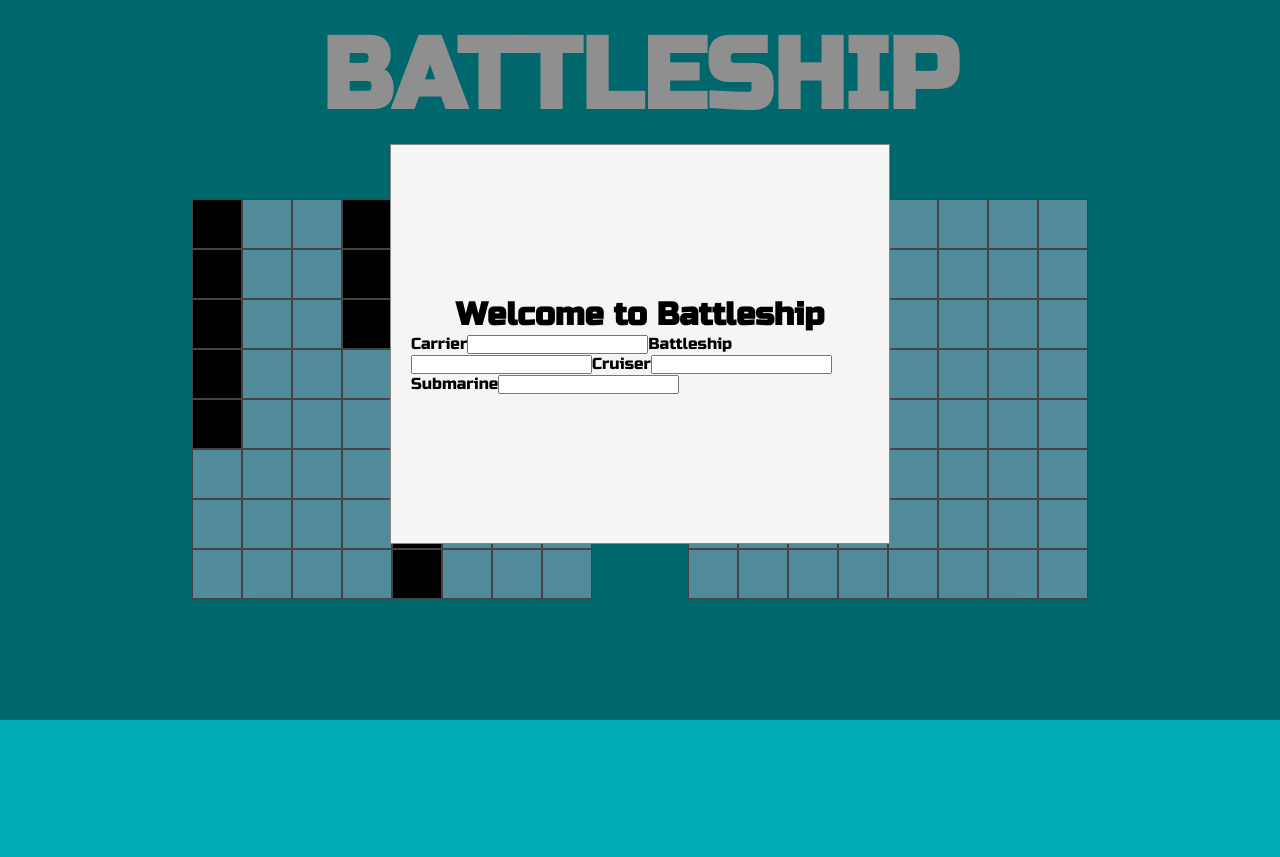
Repository: AzharMoosa/battleship
Page: /
These files come from the project's save history. The page is drawn as it stood at one moment and after the next save; the edit follows.
The browser window is 1280 px wide. The pictures show the whole page.
The project was rebuilt for these pictures with package versions that can differ from the ones it lists, and the page was loaded fresh each time.

Above is the page before, as saved 2020-07-09 10:07:41.

### src/App.js
import React from "react";
import Header from "./components/Header";
import Board from "./components/Board";
import { PlayersProvider } from "./context/PlayersContext";
import "./App.css";

function App() {
  return (
    <PlayersProvider>
      <div>
        <Header />
        <Board />
      </div>
    </PlayersProvider>
  );
}

export default App;

### src/components/Header.js
import React from "react";

const Header = () => {
  return (
    <div className='header'>
      <h1>Battleship</h1>
    </div>
  );
};

export default Header;

### src/components/Board.js
import React, { useState, Fragment } from "react";
import Square from "./Square";
import PlainSquare from "./PlainSquare";
import Player from "../functions/Player";
import Gameboard from "../functions/Gameboard";
import Overlay from "./Overlay";
import HitMiss from "./HitMiss";
import PlaceShip from "./PlaceShip";
import { v4 as uuidv4 } from "uuid";

const Board = () => {
  // eslint-disable-next-line
  const [player, setPlayer] = useState(Player(false));
  // eslint-disable-next-line
  const [computer, setComputer] = useState(Player(true));
  const [playerBoard, setPlayerBoard] = useState(Gameboard());
  const [computerBoard, setComputerBoard] = useState(Gameboard());
  const [playerTurn, setPlayerTurn] = useState(true);

  const getOutcome = (hit) => {
    let outcome = document.querySelector(".hit-miss-outcome");
    if (hit === true) {
      outcome.innerHTML = "Hit!";
    } else {
      outcome.innerHTML = "Miss!";
    }
  };

  const startGame = () => {
    playerBoard.placeShip(0, 0, player.ships[0], 1);
    playerBoard.placeShip(4, 4, player.ships[1], 1);
    playerBoard.placeShip(3, 0, player.ships[2], 1);
    playerBoard.placeShip(5, 0, player.ships[3], 1);
    playerBoard.placeShip(7, 0, player.ships[4], 1);

    computerBoard.placeShip(0, 0, computer.ships[0], 0);
    computerBoard.placeShip(4, 2, computer.ships[1], 0);
    computerBoard.placeShip(0, 3, computer.ships[2], 0);
    computerBoard.placeShip(3, 5, computer.ships[3], 0);
    computerBoard.placeShip(0, 7, computer.ships[4], 0);
  };

  const getBoardElm = (elm) => {
    if (elm !== "") {
      return "square ship";
    } else {
      return "square";
    }
  };

  const displayModal = (name) => {
    let modal = document.querySelector(".modal");
    let title = document.querySelector(".winner-name");
    let overlay = document.querySelector(".overlay");
    modal.style.display = "block";
    overlay.style.display = "none";
    if (name === "Computer") {
      title.innerHTML = "Computer Wins";
    } else if (name === "Player") {
      title.innerHTML = "Player Wins";
    }
  };

  const resetGame = () => {
    setPlayer(Player(false));
    setComputer(Player(true));
    setPlayerBoard(Gameboard());
    setComputerBoard(Gameboard());
    setPlayerTurn(true);
    let modal = document.querySelector(".modal");
    let overlay = document.querySelector(".overlay");
    let outcome = document.querySelector(".hit-miss-outcome");
    modal.style.display = "none";
    overlay.style.display = "grid";
    outcome.innerHTML = "";
  };

  const gameOver = () => {
    if (playerBoard.allShipSunk(player.ships)) {
      displayModal("Computer");
    } else if (computerBoard.allShipSunk(computer.ships)) {
      displayModal("Player");
    }
  };

  const attackComputer = (e) => {
    if (playerTurn === true) {
      let updatedBoard = computerBoard;
      // Get Coord
      let coords = e.target.id.split(",");
      let x = coords[1];
      let y = coords[0];
      player.attackEnemy(updatedBoard, parseInt(x), parseInt(y));
      if (computerBoard.grid[x][y] === "") {
        e.target.classList.add("ship-miss");
        getOutcome(false);
      } else {
        e.target.classList.add("ship-hit");
        getOutcome(true);
      }
      setComputerBoard(updatedBoard);
      setPlayerTurn(false);
    }
    computerTurn();
  };

  const computerTurn = () => {
    if (playerTurn === true) {
      let updatedBoard = playerBoard;
      let randomCoords = computer.getRandomCoords();
      let square = document.getElementById(randomCoords);
      let coords = randomCoords.split(",");
      let x = coords[1];
      let y = coords[0];
      computer.computerAttack(updatedBoard, x, y);
      if (playerBoard.grid[x][y] === "") {
        square.classList.add("ship-miss");
      } else {
        square.classList.add("ship-hit");
      }
      gameOver();
      setPlayerBoard(updatedBoard);
      setPlayerTurn(true);
    }
  };

  return (
    <Fragment>
      <PlaceShip />
      <div className='container'>
        <HitMiss />
        <div className='game-boards'>
          {startGame()}
          <div className='game-board'>
            {playerBoard.grid.map((col, j) =>
              col.map((elm, i) => (
                <Square
                  key={uuidv4()}
                  elm={elm}
                  getBoardElm={getBoardElm}
                  id={`${i},${j}`}
                />
              ))
            )}
          </div>

          <div className='comp'>
            <div className='game-board comp-board'>
              {computerBoard.grid.map((col, j) =>
                col.map((elm, i) => (
                  <Square
                    key={uuidv4()}
                    elm={elm}
                    getBoardElm={getBoardElm}
                    attackComputer={attackComputer}
                    id={`${i},${j}`}
                  />
                ))
              )}
            </div>
            <div className='overlay game-board'>
              {computerBoard.grid.map((col, j) =>
                col.map((elm, i) => <PlainSquare key={uuidv4()} />)
              )}
            </div>
          </div>
        </div>
        <Overlay resetGame={resetGame} />
      </div>
    </Fragment>
  );
};

export default Board;

### src/context/PlayersContext.js
import React, { useState, createContext } from "react";
import Player from "../functions/Player";
import Gameboard from "../functions/Gameboard";

export const PlayersContext = createContext();

export const PlayersProvider = (props) => {
  const [players, usePlayers] = useState([
    // Player
    {
      player: Player(false),
      board: Gameboard(),
    },
    // Computer
    {
      player: Player(true),
      board: Gameboard(),
    },
  ]);

  return (
    <PlayersContext.Provider value={[players, usePlayers]}>
      {props.children}
    </PlayersContext.Provider>
  );
};

### src/App.css
@import url("https://fonts.googleapis.com/css2?family=Russo+One&display=swap");

:root {
  --bg-primary: #00adb5;
  --bg-light: #eeeeee;
  --bg-dark: #222831;
}

* {
  margin: 0;
  padding: 0;
  box-sizing: border-box;
}

body {
  font-family: "Russo One", sans-serif;
  background-color: var(--bg-primary);
}

.header {
  text-align: center;
}

.header h1 {
  color: var(--bg-light);
  font-size: 100px;
  text-transform: uppercase;
  margin-top: 1rem;
}

.game-boards {
  display: flex;
  align-items: center;
  justify-content: space-between;
  width: 70%;
  height: 55vh;
  margin: 3rem auto;
}

.game-board {
  display: grid;
  grid-template-columns: repeat(8, 1fr);
  width: 400px;
  height: 400px;
}

.square {
  border: 1px solid #707070;
  background-color: rgb(136, 231, 255);
  width: 50px;
  height: 50px;
  pointer-events: auto !important;
  cursor: pointer;
}

.plain-square {
  border: 1px solid #707070;
  background-color: rgb(136, 231, 255);
  width: 50px;
  height: 50px;
  pointer-events: none !important;
  cursor: pointer;
}

.ship {
  background-color: #000;
}

.ship-hit {
  background-color: rgb(255, 77, 77) !important;
  pointer-events: none !important;
}

.ship-miss {
  background-color: #fff !important;
  pointer-events: none !important;
}

.comp {
  display: grid;
}

.comp-board,
.overlay {
  grid-area: 1 / 1;
}

.container {
  display: flex;
  flex-direction: column;
  height: 100vh;
}

.overlay {
  pointer-events: none;
}

.start {
  /* display: none; */
  position: fixed;
  z-index: 1;
  left: 0;
  top: 0;
  width: 100%;
  height: 100%;
  background-color: rgb(0, 0, 0);
  background-color: rgba(0, 0, 0, 0.4);
}

.start-content {
  background-color: #f5f5f5;
  margin: 20vh auto;
  padding: 20px;
  border: 1px solid #888;
  width: 500px;
  height: 400px;
  display: flex;
  flex-direction: column;
  align-items: center;
  justify-content: center;
}

.modal {
  display: none;
  position: fixed;
  z-index: 1;
  left: 0;
  top: 0;
  width: 100%;
  height: 100%;
  background-color: rgb(0, 0, 0);
  background-color: rgba(0, 0, 0, 0.4);
}

.modal-content-results {
  background-color: #f5f5f5;
  margin: 30vh auto;
  padding: 20px;
  border: 1px solid #888;
  width: 400px;
  height: 200px;
  display: flex;
  flex-direction: column;
  align-items: center;
  justify-content: center;
}

.winner-name {
  text-align: center;
  margin-bottom: 2rem;
  font-size: 40px;
}

.btn-primary {
  background-color: var(--bg-dark);
  color: #fff;
  width: 150px;
  height: 50px;
  font-size: 20px;
  border: none;
  outline: none;
  font-family: "Russo One", sans-serif;
  border-radius: 20px;
  cursor: pointer;
}

.hit-miss {
  display: flex;
  align-items: center;
  justify-content: center;
  margin-top: 1rem;
}

.hit-miss-outcome {
  color: #fff;
  font-size: 50px;
}

@media (min-width: 1700px) {
  .game-boards {
    height: 70vh;
    width: 80%;
  }

  .game-board {
    width: 650px;
    height: 650px;
  }

  .square,
  .plain-square {
    width: 81.25px;
    height: 81.25px;
  }
}

@media (max-width: 1200px) {
  .game-boards {
    height: 70vh;
    width: 80%;
    display: flex;
    flex-direction: column;
  }

  .game-board {
    width: 500px;
    height: 500px;
  }

  .comp {
    margin-top: 3rem;
  }

  .square,
  .plain-square {
    width: 62.5px;
    height: 62.5px;
  }
}

@media (max-width: 768px) {
  .header h1 {
    font-size: 60px;
  }

  .game-boards {
    width: 80%;
    display: flex;
    flex-direction: column;
  }

  .game-board {
    width: 400px;
    height: 400px;
  }

  .comp {
    margin-top: 3rem;
  }

  .square,
  .plain-square {
    width: 50px;
    height: 50px;
  }
}

@media (max-width: 414px) {
  .header h1 {
    font-size: 40px;
  }

  .game-boards {
    width: 70%;
    display: flex;
    flex-direction: column;
  }

  .game-board {
    width: 300px;
    height: 300px;
  }

  .comp {
    margin-top: 3rem;
  }

  .square,
  .plain-square {
    width: 37.5px;
    height: 37.5px;
  }

  .modal-content-results {
    width: 300px;
  }

  .winner-name {
    font-size: 35px;
  }

  .btn-primary {
    background-color: var(--bg-dark);
    color: #fff;
    width: 150px;
    height: 50px;
    font-size: 20px;
    border: none;
    outline: none;
    font-family: "Russo One", sans-serif;
    border-radius: 20px;
    cursor: pointer;
  }
}

@media (max-width: 375px) {
  .header h1 {
    font-size: 35px;
  }

  .game-boards {
    width: 70%;
    display: flex;
    flex-direction: column;
  }

  .game-board {
    width: 280px;
    height: 280px;
  }

  .comp {
    margin-top: 3rem;
  }

  .square,
  .plain-square {
    width: 35px;
    height: 35px;
  }
}

@media (max-width: 320px) {
  .modal-content-results {
    width: 250px;
  }

  .winner-name {
    font-size: 30px;
  }
}

### src/components/Square.js
import React from "react";

const Square = ({ elm, attackComputer, getBoardElm, id }) => {
  return (
    <div className={getBoardElm(elm)} id={id} onClick={attackComputer}></div>
  );
};

export default Square;

### src/components/PlainSquare.js
import React from "react";

const PlainSquare = () => {
  return <div className='plain-square'></div>;
};

export default PlainSquare;

### src/functions/Player.js
import Ship from "./Ship";

const Player = (ai) => {
  let previousShots = [];

  // Create Ships
  let carrier = Ship("Carrier", 5);
  let battleship = Ship("Battleship", 4);
  let cruiser = Ship("Cruiser", 3);
  let submarine = Ship("Submarine", 3);
  let destroyer = Ship("Destroyer", 2);
  let ships = [carrier, battleship, cruiser, submarine, destroyer];

  const attackEnemy = (enemyBoard, x, y) => {
    if (!previousShots.includes([x, y])) {
      enemyBoard.receiveAttack(x, y);
      previousShots.push([parseInt(x), parseInt(y)]);
      return true;
    }
    return false;
  };

  const checkCoord = (x, y) => {
    previousShots.forEach((coords) => {
      if (
        parseInt(coords[1]) === parseInt(x) &&
        parseInt(coords[0]) === parseInt(y)
      ) {
        return true;
      }
    });
    return false;
  };

  const getRandomCoords = (gameboard) => {
    let maximum = 7;
    let minimum = 0;
    let x = 0;
    let y = 0;

    do {
      x = Math.floor(Math.random() * (maximum - minimum + 1)) + minimum;
      y = Math.floor(Math.random() * (maximum - minimum + 1)) + minimum;
    } while (checkCoord(x, y));
    return `${x},${y}`;
  };

  const computerAttack = (enemyBoard, x, y) => {
    enemyBoard.receiveAttack(x, y);
    previousShots.push([x, y]);
  };

  return { previousShots, ships, attackEnemy, computerAttack, getRandomCoords };
};

export default Player;

### src/functions/Gameboard.js
const Gameboard = () => {
  let previousShots = [];
  const grid = new Array(8).fill("");
  for (let i = 0; i < grid.length; i++) {
    grid[i] = new Array(8).fill("");
  }

  const getGrid = () => {
    return grid;
  };

  const getPreviousShots = () => {
    return previousShots;
  };

  const placeShip = (x, y, ship, orientation) => {
    // Horizontal Orientation = 0
    // Vertical Orientation = 1

    // Check If Ship Fits
    let shipLength = ship.length;

    if (orientation === 0) {
      for (let i = x; i < x + ship.length; i++) {
        if (grid[y][i] !== "" || x + shipLength > 8) {
          return false;
        }
        grid[y][i] = ship;
        ship.setShipCoords(y, i);
      }
    } else if (orientation === 1) {
      for (let i = y; i < y + ship.length; i++) {
        if (grid[i][x] !== "" || y + shipLength > 8) {
          return false;
        }
        grid[i][x] = ship;
        ship.setShipCoords(i, x);
      }
    }
    return true;
  };

  const flatten = (arr) => {
    return arr.join(" |-| ");
  };

  const receiveAttack = (x, y) => {
    // Check if ship is at position
    if (grid[x][y] !== "") {
      let ship = grid[x][y];
      let shipCoords = ship.getShipCoords();
      let arrSearch = shipCoords.map((row) => {
        return flatten(row);
      });
      let pos = arrSearch.indexOf(flatten([x, y]));
      if (!ship.isHit(pos)) {
        ship.hit(pos);
        return true;
      }
    }
    previousShots.push([x, y]);
    return false;
  };

  const allShipSunk = (ships) => {
    for (let i = 0; i < ships.length; i++) {
      if (!ships[i].isSunk()) {
        return false;
      }
    }

    return true;
  };

  return {
    grid,
    previousShots,
    getGrid,
    placeShip,
    receiveAttack,
    getPreviousShots,
    allShipSunk,
  };
};

export default Gameboard;

### src/components/Overlay.js
import React from "react";

const Overlay = ({ resetGame }) => {
  return (
    <div className='modal'>
      <div className='modal-content-results'>
        <h1 className='winner-name'>Player Wins</h1>
        <button className='btn-primary' onClick={resetGame}>
          Restart
        </button>
      </div>
    </div>
  );
};

export default Overlay;

### src/components/HitMiss.js
import React from "react";

const HitMiss = () => {
  return (
    <div className='hit-miss'>
      <h1 className='hit-miss-outcome'>{}</h1>
    </div>
  );
};

export default HitMiss;

### src/components/PlaceShip.js
import React, { useState } from "react";

const PlaceShip = () => {
  const [carrier, setCarrier] = useState("");
  const [battleship, setBattleship] = useState("");
  const [cruiser, setCruiser] = useState("");
  const [submarine, setSubmarine] = useState("");
  const [destroyer, setDestroyer] = useState("");

  return (
    <div className='start'>
      <div className='start-content'>
        <h1>Welcome to Battleship</h1>
        <div className='coord-inputs'>
          <label htmlFor='carrier'>Carrier</label>
          <input
            type='text'
            onChange={(e) => setCarrier(e.target.value)}
            className='coord-input'
          />
          <label htmlFor='battleship'>Battleship</label>
          <input
            type='text'
            onChange={(e) => setBattleship(e.target.value)}
            className='coord-input'
          />
          <label htmlFor='cruiser'>Cruiser</label>
          <input
            type='text'
            onChange={(e) => setCruiser(e.target.value)}
            className='coord-input'
          />
          <label htmlFor='submarine'>Submarine</label>
          <input
            type='text'
            onChange={(e) => setSubmarine(e.target.value)}
            className='coord-input'
          />
        </div>
      </div>
    </div>
  );
};

export default PlaceShip;

### src/functions/Ship.js
const Ship = (name, length) => {
  // Fills ship with false
  const ship = new Array(length).fill(false);
  let shipCoords = [];

  // Hit
  const hit = (pos) => (ship[pos] = true);

  // If Ship Sunk
  const isSunk = () => {
    return ship.every((v) => v === true);
  };

  const isHit = (pos) => {
    return ship[pos] === true ? true : false;
  };

  // Returns ship
  const getShip = () => {
    return ship;
  };

  const setShipCoords = (x, y) => {
    shipCoords.push([x, y]);
  };

  const getShipCoords = () => {
    return shipCoords;
  };

  return {
    name,
    ship,
    length,
    hit,
    isSunk,
    isHit,
    getShip,
    setShipCoords,
    getShipCoords,
  };
};

export default Ship;

Loaded but not shown: public/index.html (common file); src/index.js (common file)

After the next save:
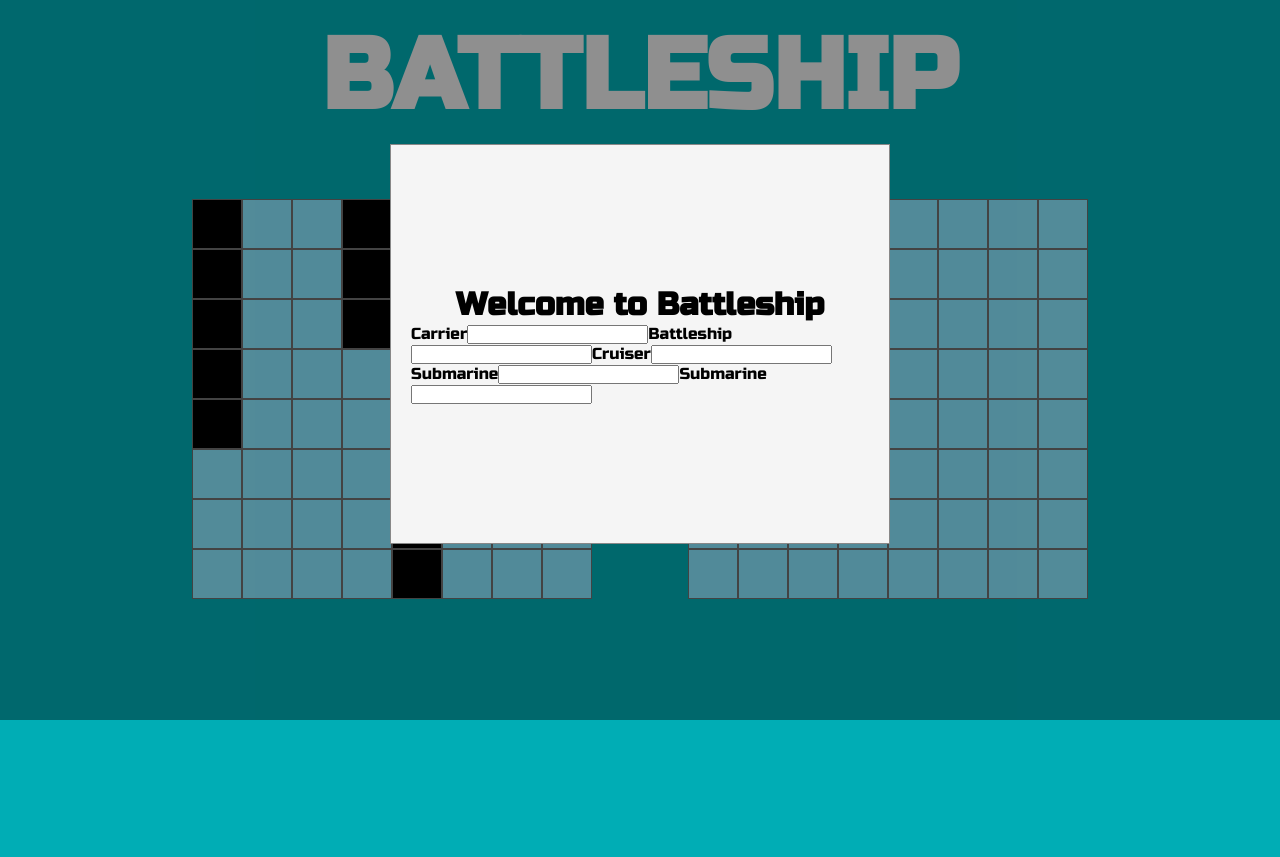
Saved 5 s later.
--- a/src/components/PlaceShip.js
+++ b/src/components/PlaceShip.js
@@ -36,6 +36,12 @@ const PlaceShip = () => {
             onChange={(e) => setSubmarine(e.target.value)}
             className='coord-input'
           />
+          <label htmlFor='submarine'>Submarine</label>
+          <input
+            type='text'
+            onChange={(e) => setSubmarine(e.target.value)}
+            className='coord-input'
+          />
         </div>
       </div>
     </div>
